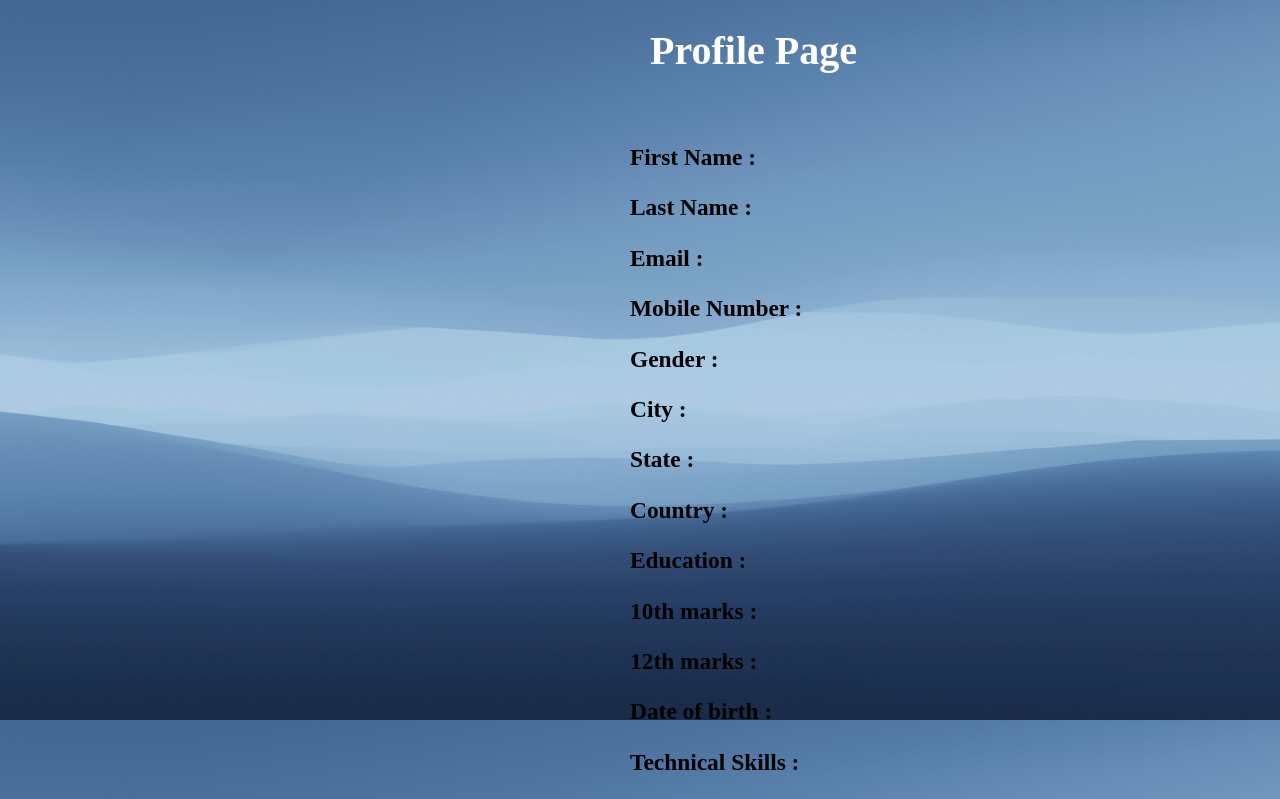
Repository: aboli-vyas/Servlet_Projects
Page: http://localhost/Sevlet_Project/Profile.jsp
The author's editor kept a copy of each file at every save. The page is drawn from the files as they stood at one save, then again after the next save.
The browser window is 1280 px wide. The pictures show the whole page.
Backgrounds fixed to the window are drawn as part of the page. The page is served by Tomcat 10. Other server files are loaded and not shown. The template is opened directly, without the code that normally fills it, so the values that code supplies are empty.

Above is the page before, as saved 2025-06-10 14:12:50.

### Sevlet_Project/src/main/webapp/Profile.jsp
<%@ page language="java" contentType="text/html; charset=UTF-8"
    pageEncoding="UTF-8"%>
<!DOCTYPE html>
<html>
<head>
<meta charset="UTF-8">
<title>Insert title here</title>
<link rel="stylesheet" href="style4.css">
</head>
<body>

<h1>Profile Page</h1>
<div></div>

<div class="container">
	<h3>First Name :${First_Name}</h3>

	<h3>Last Name :${Last_Name}</h3>

	<h3>Email :${Email}</h3>

	<h3>Mobile Number :${Mobile_Number}</h3>

	<h3>Gender :${Gender}</h3>

	<h3>City :${City}</h3>

	<h3>State :${State}</h3>

	<h3>Country :${Country}</h3>

    <h3>Education :${Education}</h3>

    <h3>10th marks :${tenth_Marks}</h3>

    <h3>12th marks :${twelth_Marks}</h3>

    <h3>Date of birth :${Date_of_Birth}</h3>

	<h3>Technical Skills :${Technical_Skills}</h3>
</div>
</body>
</html>

### Sevlet_Project/src/main/webapp/style4.css
body {
    background: linear-gradient(120deg, #f6f9fc, #e0f7fa);
    background-image: url("Images/bg4.jpg");
    background-size: cover;
    background-position: center;
    background-repeat: no-repeat;
    background-attachment: fixed;
    margin: 0;



}
h1{
	margin-left: 650px;
	color: white;
	font-size: 40px;

}
.container{
	margin-left: 630px;
	margin-top: 20px;
	font-size: 20px;
	scroll-margin-top: 60px;
	position: absolute;

}

After the next save:
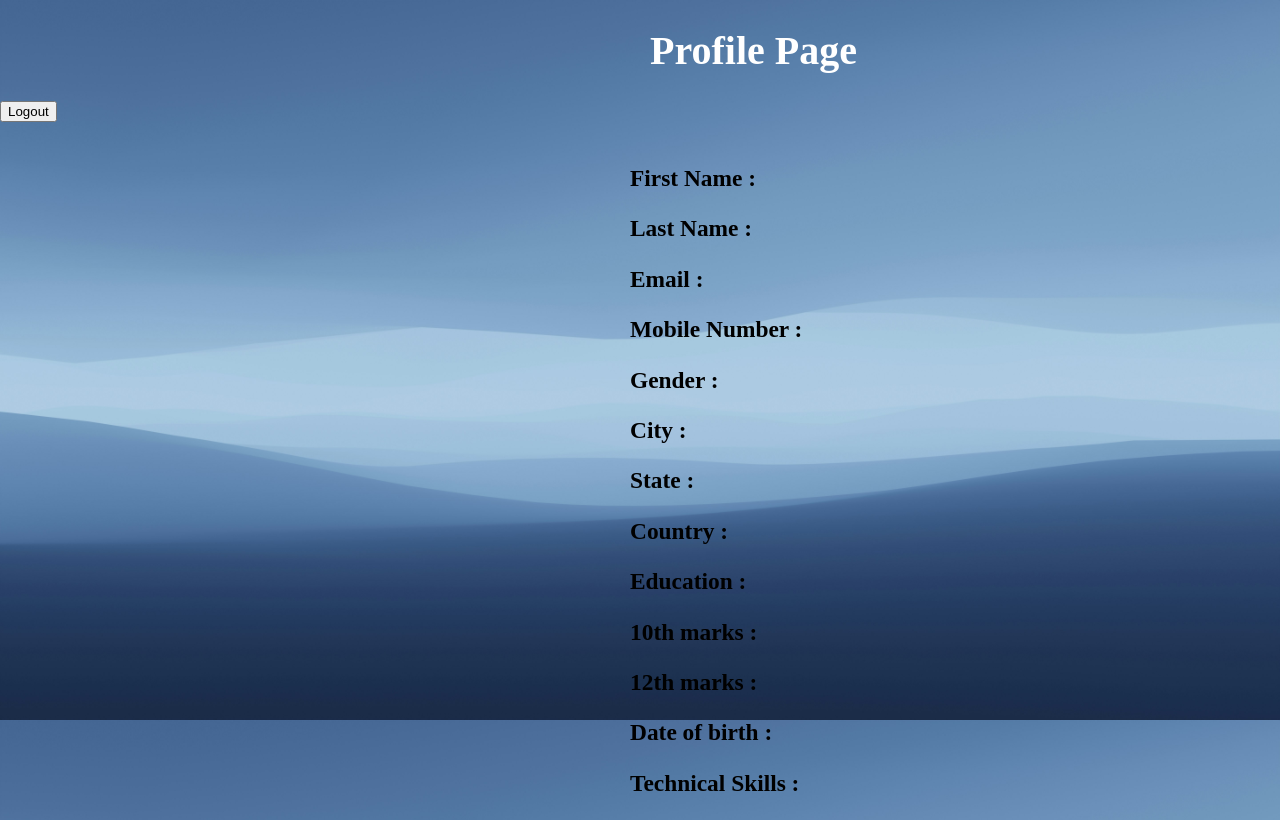
Saved 12 s later.
--- a/Sevlet_Project/src/main/webapp/Profile.jsp
+++ b/Sevlet_Project/src/main/webapp/Profile.jsp
@@ -10,7 +10,7 @@
 <body>
 
 <h1>Profile Page</h1>
-<div></div>
+<button>Logout</button>
 
 <div class="container">
 	<h3>First Name :${First_Name}</h3>
